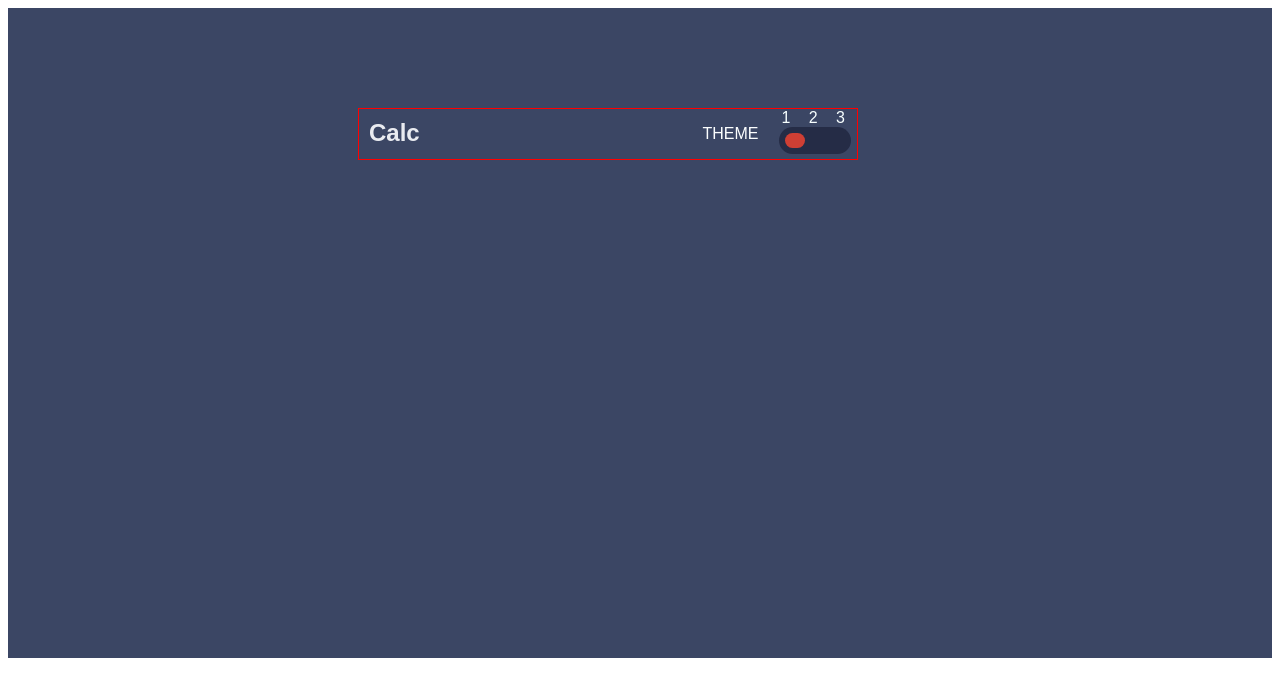
Repository: Bakyproit/Calcutor
Page: SimpleCalculatorApp.html
An editor plug-in stored every save of this project. The page is shown before and after the next save, followed by the edit.
The browser window is 1280 px wide. The pictures show the whole page.

Above is the page before, as saved 2022-02-09 15:51:15.

### SimpleCalculatorApp.html
<!DOCTYPE html>
<html lang="en">
<head>
    <meta charset="UTF-8">
    <meta http-equiv="X-UA-Compatible" content="IE=edge">
    <meta name="viewport" content="width=device-width, initial-scale=1.0">
    <title>SimpleCalculatorApp</title>
    <link rel="stylesheet" href="asset/App.css">
    <link rel="stylesheet" href="asset/grid.css">
</head>
<body>
    <div class="container">
        <div class="app">
            <div class="app__title">
                <h1 class="app__title-name">Calc</h1>
                <div class="app__title-theme">
                    <p class="app__title-theme-name">THEME</p>
                    <div class="app__title-theme-box">
                        <div class="app__title-theme-box-number">
                            <span class="app__title-theme-box-number-1">1</span>
                            <span class="app__title-theme-box-number-2">2</span>
                            <span class="app__title-theme-box-number-3">3</span>
                        </div>
                        <div class="app__title-theme-box-toggle">
                            <label for="toggle-input" class="toggle">
                                <input type="checkbox" id="toggle-input" class="toggle__checkbox">
                                <div class="toggle__bar">
                                    <div class="toggle__spin"></div>
                                </div>
                            </label>
                        </div>
                    </div>
                </div>
            </div>
        </div>
    </div>
</body>
</html>

### asset/App.css
html{
    font-family:Arial, Helvetica, sans-serif ;
    box-sizing: border-box;
    padding: 0 ;
    margin: 0;
}
h1{
    margin: 0;
}

.container{
    height: 650px;
    width: 100%;
    background-color: #3b4664;
    position: relative;
}
.app{
    width: 500px;
    position:absolute ;
    top:100px ;
    left:350px;

}
.app__title{
    border:1px solid red ;
    display: flex;
    justify-content:space-between;

}
.app__title-name{
    color : #e9ebf0 ;
    font-size: 24px;
    padding: 10px;
}
.app__title-theme{
    display: flex;
}
.app__title-theme-name{
    color :20px ;
    color:#fcfeff ;
    margin-right: 16px;
}
.app__title-theme-box{
    display: flex;
    flex-direction: column;
    padding-right: 5px;
}
.app__title-theme-box-number{
    color : #f8ffff ;
}
.app__title-theme-box-number-1{
    padding: 0 7px;
}
.app__title-theme-box-number-2{
    padding: 0 7px;

}
.app__title-theme-box-number-3{
    padding: 0 7px;

}
.app__title-theme-box-toggle{
    padding-left: 5px;
}
.toggle__checkbox{
    display: none;
}
.toggle__bar{
    width: 60px;
    height: 15px;
    background-color: #252c46;
    border-radius: 5rem;
    /* transition: background-color 4s linear; */
    padding: 6px;
}
.toggle__spin{
    width: 20px;
    height: 15px;
    background-color: #cf3f34;
    border-radius: 3rem;
    transition: transform .3s linear;
}
.toggle__checkbox:checked ~ .toggle__bar{
    background-color: #a2aac6;
}
.toggle__checkbox:checked + .toggle__bar .toggle__spin {
    transform: translateX(2.5rem);
}

### asset/grid.css
.grid {
    width: 100%;
    display: block;
    padding: 0;

}

.grid.wide {
    max-width: 1200px;
    margin: 0 auto;
}

.row {
    display: flex;
    flex-wrap: wrap;
    margin-left: -4px;
    margin-right: -4px;
}

.row.no-gutters {
    margin-left: 0;
    margin-right: 0;
}

.col {
    padding-left: 4px;
    padding-right: 4px;
}

.row.no-gutters .col {
    padding-left: 0;
    padding-right: 0;
}

.c-0 {
    display: none;
}

.c-1 {
    flex: 0 0 8.33333%;
    max-width: 8.33333%;
}

.c-2 {
    flex: 0 0 16.66667%;
    max-width: 16.66667%;
}

.c-3 {
    flex: 0 0 25%;
    max-width: 25%;
}

.c-4 {
    flex: 0 0 33.33333%;
    max-width: 33.33333%;
}

.c-5 {
    flex: 0 0 41.66667%;
    max-width: 41.66667%;
}

.c-6 {
    flex: 0 0 50%;
    max-width: 50%;
}

.c-7 {
    flex: 0 0 58.33333%;
    max-width: 58.33333%;
}

.c-8 {
    flex: 0 0 66.66667%;
    max-width: 66.66667%;
}

.c-9 {
    flex: 0 0 75%;
    max-width: 75%;
}

.c-10 {
    flex: 0 0 83.33333%;
    max-width: 83.33333%;
}

.c-11 {
    flex: 0 0 91.66667%;
    max-width: 91.66667%;
}

.c-12 {
    flex: 0 0 100%;
    max-width: 100%;
}

.c-o-1 {
    margin-left: 8.33333%;
}

.c-o-2 {
    margin-left: 16.66667%;
}

.c-o-3 {
    margin-left: 25%;
}

.c-o-4 {
    margin-left: 33.33333%;
}

.c-o-5 {
    margin-left: 41.66667%;
}

.c-o-6 {
    margin-left: 50%;
}

.c-o-7 {
    margin-left: 58.33333%;
}

.c-o-8 {
    margin-left: 66.66667%;
}

.c-o-9 {
    margin-left: 75%;
}

.c-o-10 {
    margin-left: 83.33333%;
}

.c-o-11 {
    margin-left: 91.66667%;
}

/* >= Tablet */
@media (min-width: 740px) {
    .row {
        margin-left: -8px;
        margin-right: -8px;
    }

    .col {
        padding-left: 8px;
        padding-right: 8px;
    }

    .m-0 {
        display: none;
    }

    .m-1,
    .m-2,
    .m-3,
    .m-4,
    .m-5,
    .m-6,
    .m-7,
    .m-8,
    .m-9,
    .m-10,
    .m-11,
    .m-12 {
        display: block;
    }

    .m-1 {
        flex: 0 0 8.33333%;
        max-width: 8.33333%;
    }

    .m-2 {
        flex: 0 0 16.66667%;
        max-width: 16.66667%;
    }

    .m-3 {
        flex: 0 0 25%;
        max-width: 25%;
    }

    .m-4 {
        flex: 0 0 33.33333%;
        max-width: 33.33333%;
    }

    .m-5 {
        flex: 0 0 41.66667%;
        max-width: 41.66667%;
    }

    .m-6 {
        flex: 0 0 50%;
        max-width: 50%;
    }

    .m-7 {
        flex: 0 0 58.33333%;
        max-width: 58.33333%;
    }

    .m-8 {
        flex: 0 0 66.66667%;
        max-width: 66.66667%;
    }

    .m-9 {
        flex: 0 0 75%;
        max-width: 75%;
    }

    .m-10 {
        flex: 0 0 83.33333%;
        max-width: 83.33333%;
    }

    .m-11 {
        flex: 0 0 91.66667%;
        max-width: 91.66667%;
    }

    .m-12 {
        flex: 0 0 100%;
        max-width: 100%;
    }

    .m-o-1 {
        margin-left: 8.33333%;
    }

    .m-o-2 {
        margin-left: 16.66667%;
    }

    .m-o-3 {
        margin-left: 25%;
    }

    .m-o-4 {
        margin-left: 33.33333%;
    }

    .m-o-5 {
        margin-left: 41.66667%;
    }

    .m-o-6 {
        margin-left: 50%;
    }

    .m-o-7 {
        margin-left: 58.33333%;
    }

    .m-o-8 {
        margin-left: 66.66667%;
    }

    .m-o-9 {
        margin-left: 75%;
    }

    .m-o-10 {
        margin-left: 83.33333%;
    }

    .m-o-11 {
        margin-left: 91.66667%;
    }
}

/* PC medium resolution > */
@media (min-width: 1113px) {
    .row {
        margin-left: -6px;
        margin-right: -6px;
    }

    .row.sm-gutter {
        margin-left: -5px;
        margin-right: -5px;
    }

    .col {
        padding-left: 6px;
        padding-right: 6px;
    }

    .row.sm-gutter .col {
        padding-left: 5px;
        padding-right: 5px;
    }

    .l-0 {
        display: none;
    }

    .l-1,
    .l-2,
    .l-2-4,
    .l-3,
    .l-4,
    .l-5,
    .l-6,
    .l-7,
    .l-8,
    .l-9,
    .l-10,
    .l-11,
    .l-12 {
        display: block;
    }

    .l-1 {
        flex: 0 0 8.33333%;
        max-width: 8.33333%;
    }

    .l-2 {
        flex: 0 0 16.66667%;
        max-width: 16.66667%;
    }

    .l-2-4 {
        flex: 0 0 20%;
        max-width: 20%;
    }

    .l-3 {
        flex: 0 0 25%;
        max-width: 25%;
    }

    .l-4 {
        flex: 0 0 33.33333%;
        max-width: 33.33333%;
    }

    .l-5 {
        flex: 0 0 41.66667%;
        max-width: 41.66667%;
    }

    .l-6 {
        flex: 0 0 50%;
        max-width: 50%;
    }

    .l-7 {
        flex: 0 0 58.33333%;
        max-width: 58.33333%;
    }

    .l-8 {
        flex: 0 0 66.66667%;
        max-width: 66.66667%;
    }

    .l-9 {
        flex: 0 0 75%;
        max-width: 75%;
    }

    .l-10 {
        flex: 0 0 83.33333%;
        max-width: 83.33333%;
    }

    .l-11 {
        flex: 0 0 91.66667%;
        max-width: 91.66667%;
    }

    .l-12 {
        flex: 0 0 100%;
        max-width: 100%;
    }

    .l-o-1 {
        margin-left: 8.33333%;
    }

    .l-o-2 {
        margin-left: 16.66667%;
    }

    .l-o-3 {
        margin-left: 25%;
    }

    .l-o-4 {
        margin-left: 33.33333%;
    }

    .l-o-5 {
        margin-left: 41.66667%;
    }

    .l-o-6 {
        margin-left: 50%;
    }

    .l-o-7 {
        margin-left: 58.33333%;
    }

    .l-o-8 {
        margin-left: 66.66667%;
    }

    .l-o-9 {
        margin-left: 75%;
    }

    .l-o-10 {
        margin-left: 83.33333%;
    }

    .l-o-11 {
        margin-left: 91.66667%;
    }
}

/* Tablet - PC low resolution */
@media (min-width: 740px) and (max-width: 1023px) {
    .wide {
        width: 644px;
    }
}

/* > PC low resolution */
@media (min-width: 1024px) and (max-width: 1239px) {
    .wide {
        width: 984px;
    }

    .wide .row {
        margin-left: -12px;
        margin-right: -12px;
    }

    .wide .row.sm-gutter {
        margin-left: -5px;
        margin-right: -5px;
    }

    .wide .col {
        padding-left: 12px;
        padding-right: 12px;
    }

    .wide .row.sm-gutter .col {
        padding-left: 5px;
        padding-right: 5px;
    }

    .wide .l-0 {
        display: none;
    }

    .wide .l-1,
    .wide .l-2,
    .wide .l-2-4,
    .wide .l-3,
    .wide .l-4,
    .wide .l-5,
    .wide .l-6,
    .wide .l-7,
    .wide .l-8,
    .wide .l-9,
    .wide .l-10,
    .wide .l-11,
    .wide .l-12 {
        display: block;
    }

    .wide .l-1 {
        flex: 0 0 8.33333%;
        max-width: 8.33333%;
    }

    .wide .l-2 {
        flex: 0 0 16.66667%;
        max-width: 16.66667%;
    }

    .wide .l-2-4 {
        flex: 0 0 20%;
        max-width: 20%;
    }

    .wide .l-3 {
        flex: 0 0 25%;
        max-width: 25%;
    }

    .wide .l-4 {
        flex: 0 0 33.33333%;
        max-width: 33.33333%;
    }

    .wide .l-5 {
        flex: 0 0 41.66667%;
        max-width: 41.66667%;
    }

    .wide .l-6 {
        flex: 0 0 50%;
        max-width: 50%;
    }

    .wide .l-7 {
        flex: 0 0 58.33333%;
        max-width: 58.33333%;
    }

    .wide .l-8 {
        flex: 0 0 66.66667%;
        max-width: 66.66667%;
    }

    .wide .l-9 {
        flex: 0 0 75%;
        max-width: 75%;
    }

    .wide .l-10 {
        flex: 0 0 83.33333%;
        max-width: 83.33333%;
    }

    .wide .l-11 {
        flex: 0 0 91.66667%;
        max-width: 91.66667%;
    }

    .wide .l-12 {
        flex: 0 0 100%;
        max-width: 100%;
    }

    .wide .l-o-1 {
        margin-left: 8.33333%;
    }

    .wide .l-o-2 {
        margin-left: 16.66667%;
    }

    .wide .l-o-3 {
        margin-left: 25%;
    }

    .wide .l-o-4 {
        margin-left: 33.33333%;
    }

    .wide .l-o-5 {
        margin-left: 41.66667%;
    }

    .wide .l-o-6 {
        margin-left: 50%;
    }

    .wide .l-o-7 {
        margin-left: 58.33333%;
    }

    .wide .l-o-8 {
        margin-left: 66.66667%;
    }

    .wide .l-o-9 {
        margin-left: 75%;
    }

    .wide .l-o-10 {
        margin-left: 83.33333%;
    }

    .wide .l-o-11 {
        margin-left: 91.66667%;
    }
}

After the next save:
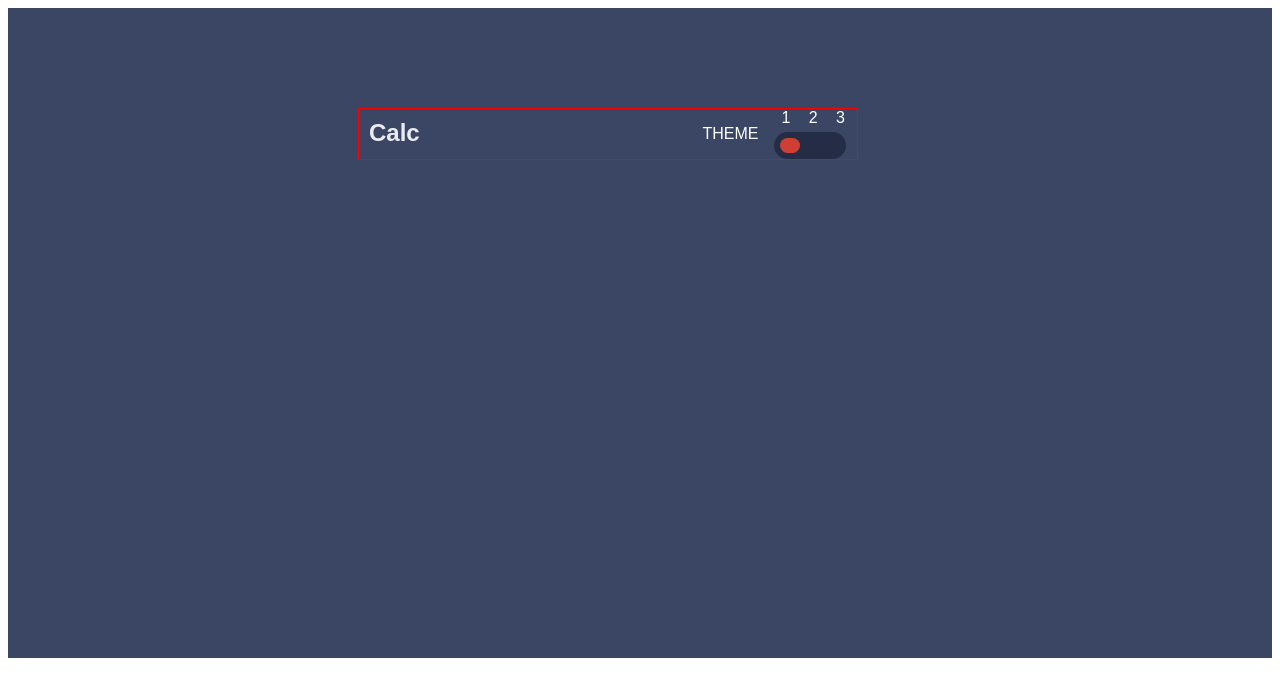
Saved 32 s later.
--- a/asset/App.css
+++ b/asset/App.css
@@ -60,7 +60,7 @@ h1{
 
 }
 .app__title-theme-box-toggle{
-    padding-left: 5px;
+    padding-top: 5px;
 }
 .toggle__checkbox{
     display: none;
